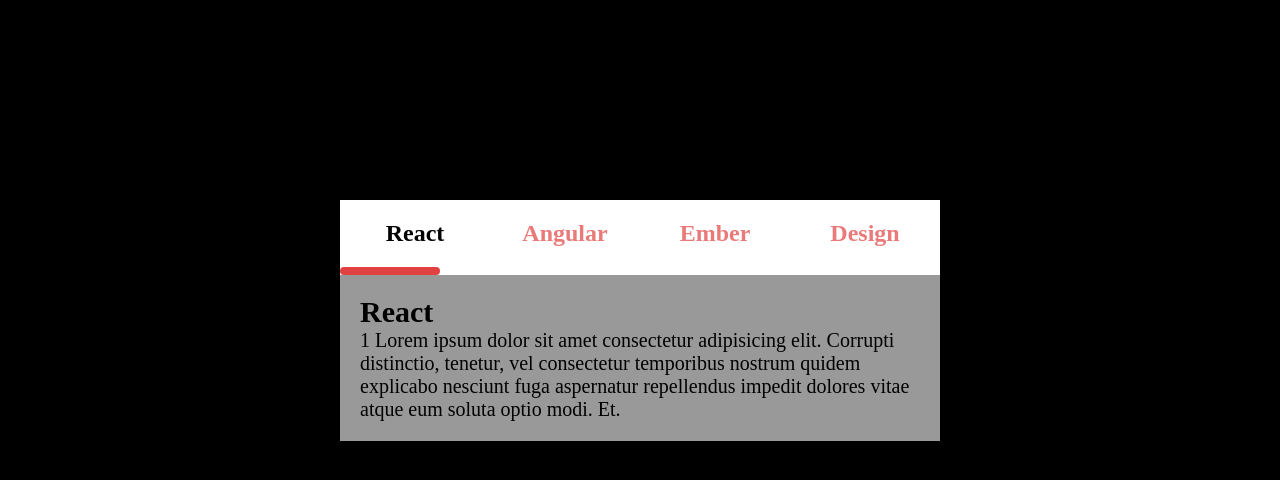
Repository: PCTai/javascript-coban
Page: tab UI/index.html
The author's editor kept a copy of each file at every save. The page is drawn from the files as they stood at one save, then again after a run of saves.
The browser window is 1280 px wide. The pictures show the whole page.

Above is the page before, as saved 2022-02-10 09:39:13.

### tab UI/index.html
<!DOCTYPE html>
<html lang="en">
<head>
    <meta charset="UTF-8">
    <meta http-equiv="X-UA-Compatible" content="IE=edge">
    <meta name="viewport" content="width=device-width, initial-scale=1.0">
    <title>Document</title>
    <link rel="stylesheet" href="./style.css">
</head>
<body>
    <div class="container">
        <div class="tab">
            <div class="tab-item active">React</div>
            <div class="tab-item">Angular</div>
            <div class="tab-item">Ember</div>
            <div class="tab-item">Design</div>

        </div>
        <div class="tab-line"></div>
        <div class="box">
            <div class="box-item active">
                <h2>React</h2>
                1 Lorem ipsum dolor sit amet consectetur adipisicing elit. Corrupti distinctio, tenetur, vel consectetur temporibus nostrum quidem explicabo nesciunt fuga aspernatur repellendus impedit dolores vitae atque eum soluta optio modi. Et.</div>
            <div class="box-item">
                <h2>Angular</h2>
                2 Lorem ipsum dolor sit amet consectetur adipisicing elit. Neque tempore omnis voluptas laudantium ut aperiam odit deleniti temporibus consequatur dolorem incidunt eveniet officia similique, nulla animi tenetur tempora ab maxime!</div>
            <div class="box-item">
                <h2>Ember</h2>
                3 Lorem ipsum dolor sit, amet consectetur adipisicing elit. Dignissimos dicta fugit error laudantium sunt deleniti nemo excepturi perferendis illo, porro animi commodi quis eaque beatae consectetur rerum magni fugiat libero.</div>
            <div class="box-item">
                <h2>Design</h2>
                4 Lorem ipsum dolor sit amet consectetur adipisicing elit. Est qui rem distinctio, earum dolorem ea doloremque mollitia tenetur architecto adipisci nisi aut dolor odio maxime. Suscipit fuga dolorem itaque beatae!</div>
        </div>

    </div>


    <script src="./app.js"></script>
</body>
</html>

### tab UI/style.css
*{
    margin: 0;
    border: 0;
    padding: 0;
}
body{
    background-color: #000;
}
.container{
    width: 600px;
    margin: auto;
    background-color:#fff;
    margin-top: 200px;

}
.tab{
    display: flex;
}
.tab-item{
    flex: 1;
    text-align: center;
    padding: 20px 0;
    opacity: 70%;
    font-size: 24px;
    font-weight: bold;
    color: rgb(226, 65, 65);
}
.tab-item:hover{
    opacity: 100%;
    color: #000;
    background-color: rgb(250, 239, 239);
}
.tab-line{
    width: 100px;
    height: 8px;
    left: 0;
    background-color: rgb(226, 65, 65);
    transition: linear 0.3s;
    border-radius: 5px;
}
.tab .active{
    opacity: 100%;
    color: #000;
}
.box .active{
    display: block;

}
.box{
    background-color: #999;
}

.box-item{
    padding: 20px 20px;
    display: none;
    font-size: 20px;
}

### tab UI/app.js
var tabs=document.querySelectorAll('.tab-item');
var boxs=document.querySelectorAll('.box-item');
console.log(tabs,boxs);
var TabLine=document.querySelector('.tab-line');
var tabActive=document.querySelector('.tab .active');
console.log([TabLine]);
TabLine.style.Width=tabActive.offsetWidth +'px';
TabLine.style.Left=tabActive.offsetleft + 'px';

tabs.forEach((tab,index) => {

    tab.onclick=function(){
        document.querySelector('.tab .active').classList.remove("active");
        tab.classList.add("active");
        document.querySelector('.box .active').classList.remove("active");
        boxs[index].classList.add("active");
        TabLine.style.Width=tabs[index].offsetWidth;
        TabLine.style.Left=tabs[index].offsetleft;
    }
});

After the next 2 saves:
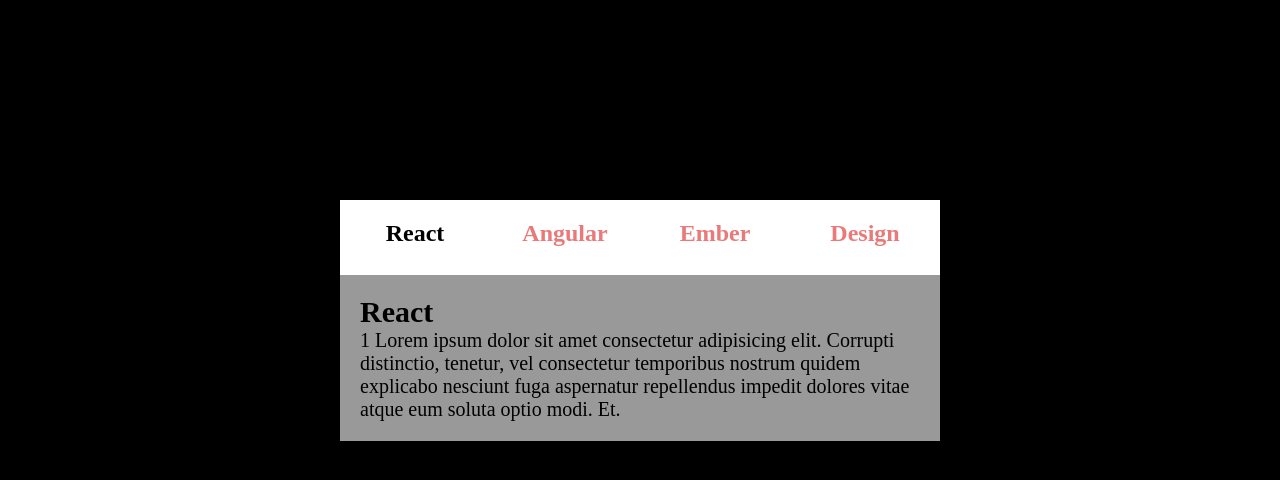
The 2 saves are shown as one change because they came seconds apart.
The last was saved 25 s later.
--- a/tab UI/style.css
+++ b/tab UI/style.css
@@ -31,7 +31,7 @@
     background-color: rgb(250, 239, 239);
 }
 .tab-line{
-    width: 100px;
+    width: 0;
     height: 8px;
     left: 0;
     background-color: rgb(226, 65, 65);
